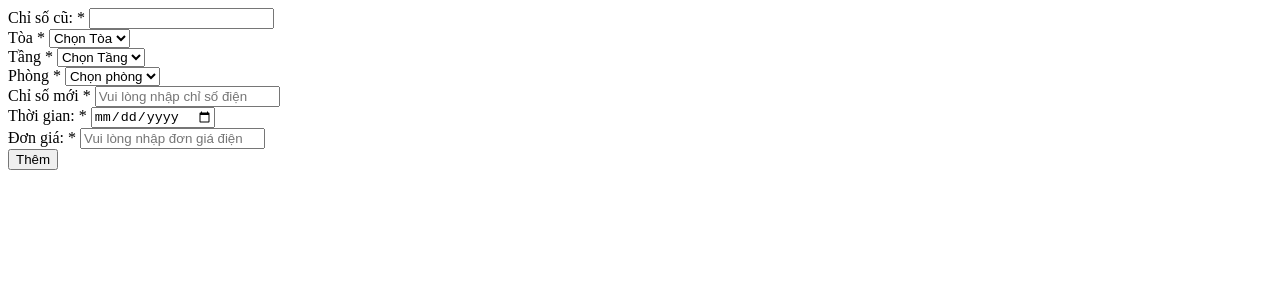
Repository: NguyenChienThangB1910143/QL_ChungCy
Page: http://localhost/dien/them
An editor plug-in stored every save of this project. The page is shown before and after the next save, followed by the edit.
The browser window is 1280 px wide. The pictures show the whole page.
The page is served by the project's Laravel application, run on PHP 8.4 with Laravel 10. The first stored user is signed in. The database holds what the project's SQL file puts in it. Queries for data that is not in the repository find no rows.

Above is the page before, as saved 2023-09-12 16:24:57.

After the next save:
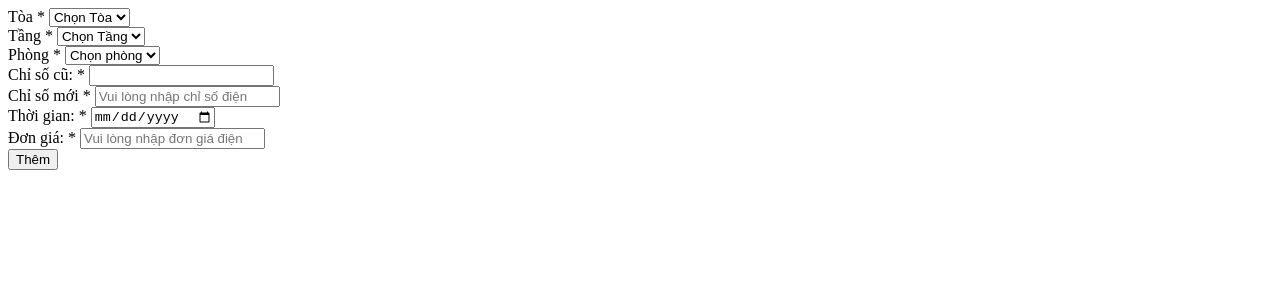
Saved 83 s later.
--- a/resources/views/dien/them.blade.php
+++ b/resources/views/dien/them.blade.php
@@ -2,13 +2,6 @@
 <!-- Content -->
 <div class="container col-md-auto mt-2">
     <div class="alert alert-primary">
-
-        <div class="mb-3">
-            <label class="form-label"> Chỉ số cũ:
-                <span id="colorIcon">*</span>
-            </label>
-            <input required class="form-control" type="text" name="chiso_cu">
-        </div>
         <div class="mb-3 option-toa">
             <label class="form-label">Tòa
                 <span id="colorIcon">*</span>
@@ -45,6 +38,12 @@
                     @endif
                 @endforeach
             </select>
+        </div>
+        <div class="mb-3">
+            <label class="form-label"> Chỉ số cũ:
+                <span id="colorIcon">*</span>
+            </label>
+            <input required class="form-control" type="text" name="chiso_cu">
         </div>
         <div class="mb-3">
             <label class="form-label">Chỉ số mới
